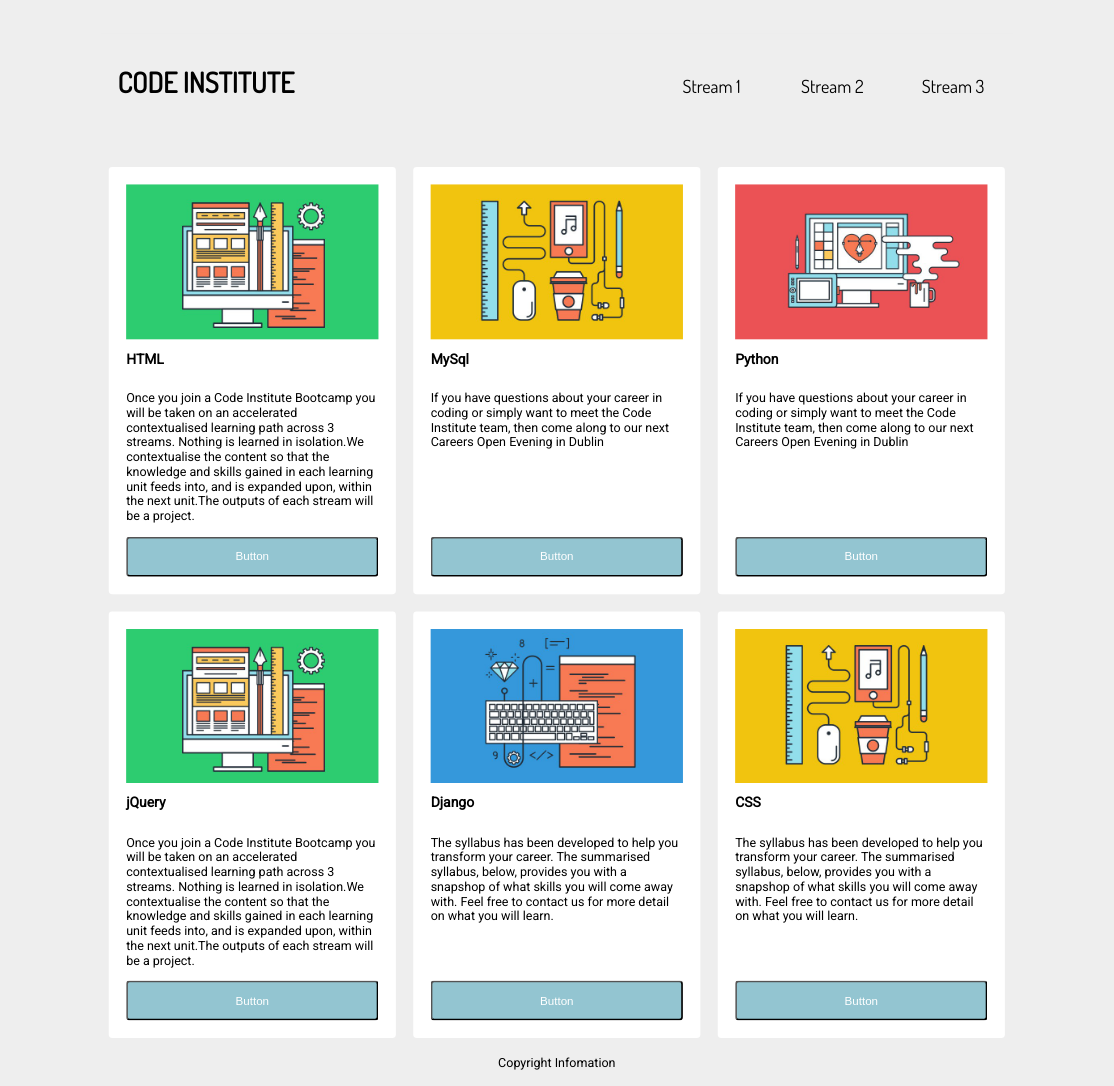
Repository: LivHed/jquery-events
Page: Cards-jquery.html
The author's editor kept a record of every edit. The page is drawn from the files as they stood at one moment, then again after the next edit.
The browser window is 1280 px wide. The pictures show the whole page, at 87% of full size.
After loading, the first visible `#effect_button5` was clicked once.
Some web libraries are served in a nearby version.

Above is the page before.

### Cards-jquery.html
<!doctype html>
<html>
<head>
	<meta charset="utf-8" />
	<meta name="viewport" content="width=device-width, initial-scale=1">
	<title>jQuery</title>
	<link href="css/style.css" rel="stylesheet">
	<link href='https://fonts.googleapis.com/css?family=Roboto' rel='stylesheet' type='text/css'>
	<link href='https://fonts.googleapis.com/css?family=Dosis' rel='stylesheet' type='text/css'>
</head>
<body>
	<div id="container">
		<nav>
			<ul>
				<li id="logoNav">CODE INSTITUTE</li>
				<li id="stream1_btn">Stream 1</li>
				<li id="stream2_btn">Stream 2</li>
				<li id="stream3_btn">Stream 3</li>
			</ul>
		</nav>
		<div class="card stream1">
			<img class="card_image"src="img/3.png">
			<div class="card_bottom">
				<h2 id="hr_html"class="card_head" >HTML</h2>
				<p class="card_para" id="paragraph1">Once you join a Code Institute Bootcamp you will be taken on an accelerated contextualised learning path across 3 streams. Nothing is learned in isolation.We contextualise the content so that the knowledge and skills gained in each learning unit feeds into, and is expanded upon, within the next unit.The outputs of each stream will be a project.
				</p>
				<button class="bottom_button" id="effect_button1">Button</button>
			</div>
		</div>
		<div class="card stream3">
			<img class="card_image "src="img/1.png">
			<h2  id="hr_mysql"class="card_head">MySql</h2>
			<p class="card_para" id="paragraph2">If you have questions about your career in coding or simply want to meet the Code Institute team, then come along to our next Careers Open Evening in Dublin</p>
			<button class="bottom_button" id="effect_button2">Button</button>
		</div>

		<div class="card stream2">
			<img class="card_image "src="img/2.png">
			<h2 id="hr_python" class="card_head">Python</h2>
			<p class="card_para" id="paragraph3">If you have questions about your career in coding or simply want to meet the Code Institute team, then come along to our next Careers Open Evening in Dublin</p>
			<button class="bottom_button" id="effect_button3">Button</button>
		</div>
		<div class="card stream1">
			<img class="card_image"src="img/3.png">
			<div class="card_bottom">
				<h2 id="hr_jquery" class="card_head">jQuery</h2>
				<p class="card_para" id="paragraph4">Once you join a Code Institute Bootcamp you will be taken on an accelerated contextualised learning path across 3 streams. Nothing is learned in isolation.We contextualise the content so that the knowledge and skills gained in each learning unit feeds into, and is expanded upon, within the next unit.The outputs of each stream will be a project. </p>
				<button class="bottom_button" id="effect_button4">Button</button>
			</div>
		</div>
		<div class="card stream3">
			<img class="card_image"src="img/4.png">
			<h2 id="hr_django" class="card_head">Django</h2>
			<p class="card_para" id="paragraph5">The syllabus has been developed to help you transform your career. The summarised syllabus, below, provides you with a snapshop of what skills you will come away with. Feel free to contact us for more detail on what you will learn.</p>
			<button class="bottom_button" id="effect_button5">Button</button>
		</div>
		<div class="card stream1">
			<img class="card_image"src="img/1.png">
			<h2 id="hr_css"class="card_head">CSS</h2>
			<p class="card_para" id="paragraph6">The syllabus has been developed to help you transform your career. The summarised syllabus, below, provides you with a snapshop of what skills you will come away with. Feel free to contact us for more detail on what you will learn.</p>
			<button class="bottom_button" id="effect_button6">Button</button>
		</div>
		<div id="my_footer">
			<p id="copyright">Copyright Infomation</p>
		</div>
	</div>
	<script
	src="https://code.jquery.com/jquery-3.2.1.js"
	integrity="sha256-DZAnKJ/6XZ9si04Hgrsxu/8s717jcIzLy3oi35EouyE="
	crossorigin="anonymous"></script>

	<script src="script.js"></script> <!-- Scripts located at the bottom of the body to insure page is fully loaded before execution -->

</body>
</html>

### style.css
body{
	font-family: 'Roboto', sans-serif;
	/*background-image: url(img/code-institute.jpg);
 	background-size: cover;
 	color: #ffffff;*/
 	background-color: #eee;
}

h1{
	font-size: 3em;
	text-align: center;
}
h2{
	font-size: 1em;
	text-align: left;
}
p{
	font-size: .9rem;
}

div{
	border-radius: 4px;
}

.card_image{
	width: 100%;
}
.bottom_button{
	display: flex;
	box-sizing:border-box;
	border-radius: 4px;
	display: block;
	width: 100%;
	background-color:rgba(129, 187, 201,.85);
	text-align: center;
	padding: 1em .75em;
	text-decoration: none;
	color: #fff;

}

.card_bottom{
	display: flex;
	flex-flow:column;
}
.card_head{
	flex:0;
}
.card_para{
	flex:1 0 auto;
}

#container
{
	display: flex;		/* makes container a flexbox*/
	flex-flow: row wrap; 	/* layout the boxes in rows and wrap them*/
	box-sizing:border-box;
	margin-right:auto;
	margin-left:auto;
	max-width:1050px;
}
#logo{
	width: 800px;
	margin: auto;
}

.card{
	flex:1; /* */
	display: flex;	/* make the contents controllable by flexbox*/
	flex-flow:column;	/* */
	min-width: 240px; /**/
	margin: 10px;
	padding: 20px;
	background-color: #fff;
}
.highlight_stream{
	background-color: #EB5255;
}

#my_footer{
	width:100%;
	text-align: center;
}
#copyright{
	margin-top:10px;
	margin-bottom:10px;

}

/*************************
Navigation

**************************/

nav{
	font-family: roboto;
	background-color: #eee;
	margin: 30px auto;
	width: 100%;
}
ul{
	display: flex;
	justify-content:space-between;
	flex-flow: row;
	/*flex-flow: row-reverse;*/
	/*justify-content:flex-end;*/
	/*justify-content:space-around;*/
	/*align-items:flex-start;*/
	align-items:baseline;
	border-radius: 10px;
	list-style-type: none; /*Remove Bullets*/
	padding: 0;
}
li{
	flex:1;
	height: 30px;
	/*width:10%;*/
	/*border:2px solid #000;*/
	/*background-color: #81BBC9;*/
	/*border-radius: 10px;*/
	font-family: Dosis;
	padding:20px 20px 20px 20px;
	text-align: center;
	font-size: 1.3em;
}

#logoNav{
	flex:6;
	text-align: left;
	font-size: 2em;
	font-weight: bold;
}

.underline{
  text-decoration:underline;
}
.border{
  border: solid 5px #ccc;
}


@media screen and (max-width: 700px){
	ul{
		flex-flow: column;
		align-items:center;
	}
	li{
		font-size: 2em;
	}
}

### script.js
//waits until page is loaded first
$(document).ready(function(){

    //applies colour red to paragraphs when clicked on
    $("p").click(function(){
        $("p").addClass("highlight_text");
    });

    //will add lightblue to h2 elements
    $("h2").hover(function(){
        $("h2").addClass( "h2_color");
    });


    $("#effect_button1").on("click", function() {
 		$("#paragraph1").toggle(1000);
   });
    $("#effect_button2").click(function(){
        $('#paragraph2').toggle('1000');
    });
    $("#effect_button3").click(function(){
        $('#paragraph3').toggle('1000');
    });
    $("#effect_button4").click(function(){
        $('#paragraph4').toggle('1000');
    });
    $("#effect_button5").click(function(){
        $('#par5').toggle('1000');
    });
    $("#effect_button6").click(function(){
        $('#par6').toggle('1000');
    });


    /*
    this will apply larger font size to the active h2 element
    by adding the h2_font_size class but
    not the other h2 elements by removing class h2_font_size from them
    */
    $("#hr_html").hover(function(){
        $("#hr_mysql").removeClass("h2_font_size");
        $("#hr_python").removeClass("h2_font_size");
        $("#hr_jquery").removeClass("h2_font_size");
        $("#hr_django").removeClass("h2_font_size");
        $("#hr_css").removeClass("h2_font_size");
        $("#hr_mysql").removeClass("h2_font_size");
        $("#hr_html").addClass("h2_font_size");
    });

    $("#hr_mysql").hover(function(){
        $("#hr_python").removeClass("h2_font_size");
        $("#hr_jquery").removeClass("h2_font_size");
        $("#hr_django").removeClass("h2_font_size");
        $("#hr_css").removeClass("h2_font_size");
        $("#hr_html").removeClass("h2_font_size");
        $("#hr_mysql").addClass("h2_font_size");
    });

    $("#hr_python").hover(function(){
        $("#hr_mysql").removeClass("h2_font_size");
        $("#hr_jquery").removeClass("h2_font_size");
        $("#hr_django").removeClass("h2_font_size");
        $("#hr_css").removeClass("h2_font_size");
        $("#hr_html").removeClass("h2_font_size");
        $("#hr_python").addClass("h2_font_size");
    });

    $("#hr_jquery").hover(function(){
        $("#hr_mysql").removeClass("h2_font_size");
        $("#hr_python").removeClass("h2_font_size");
        $("#hr_django").removeClass("h2_font_size");
        $("#hr_css").removeClass("h2_font_size");
        $("#hr_html").removeClass("h2_font_size");
        $("#hr_jquery").addClass("h2_font_size");
    });

    $("#hr_django").hover(function(){
        $("#hr_mysql").removeClass("h2_font_size");
        $("#hr_python").removeClass("h2_font_size");
        $("#hr_jquery").removeClass("h2_font_size");
        $("#hr_css").removeClass("h2_font_size");
        $("#hr_html").removeClass("h2_font_size");
        $("#hr_django").addClass("h2_font_size");
    });

    $("#hr_css").hover(function(){
        $("#hr_mysql").removeClass("h2_font_size");
        $("#hr_python").removeClass("h2_font_size");
        $("#hr_jquery").removeClass("h2_font_size");
        $("#hr_django").removeClass("h2_font_size");
        $("#hr_html").removeClass("h2_font_size");
        $("#hr_css").addClass("h2_font_size");
    });

    //applies colour black to body background when mouse enters over buttons
    $(".bottom_button").mouseenter(function(){
        $("body").css( "background-color", "black");
    });

    //applies colour grey to body background when mouse leaves buttons
    $(".bottom_button").mouseleave(function(){
        $("body").css( "background-color", "#eee");
    });
});

After the next edit:
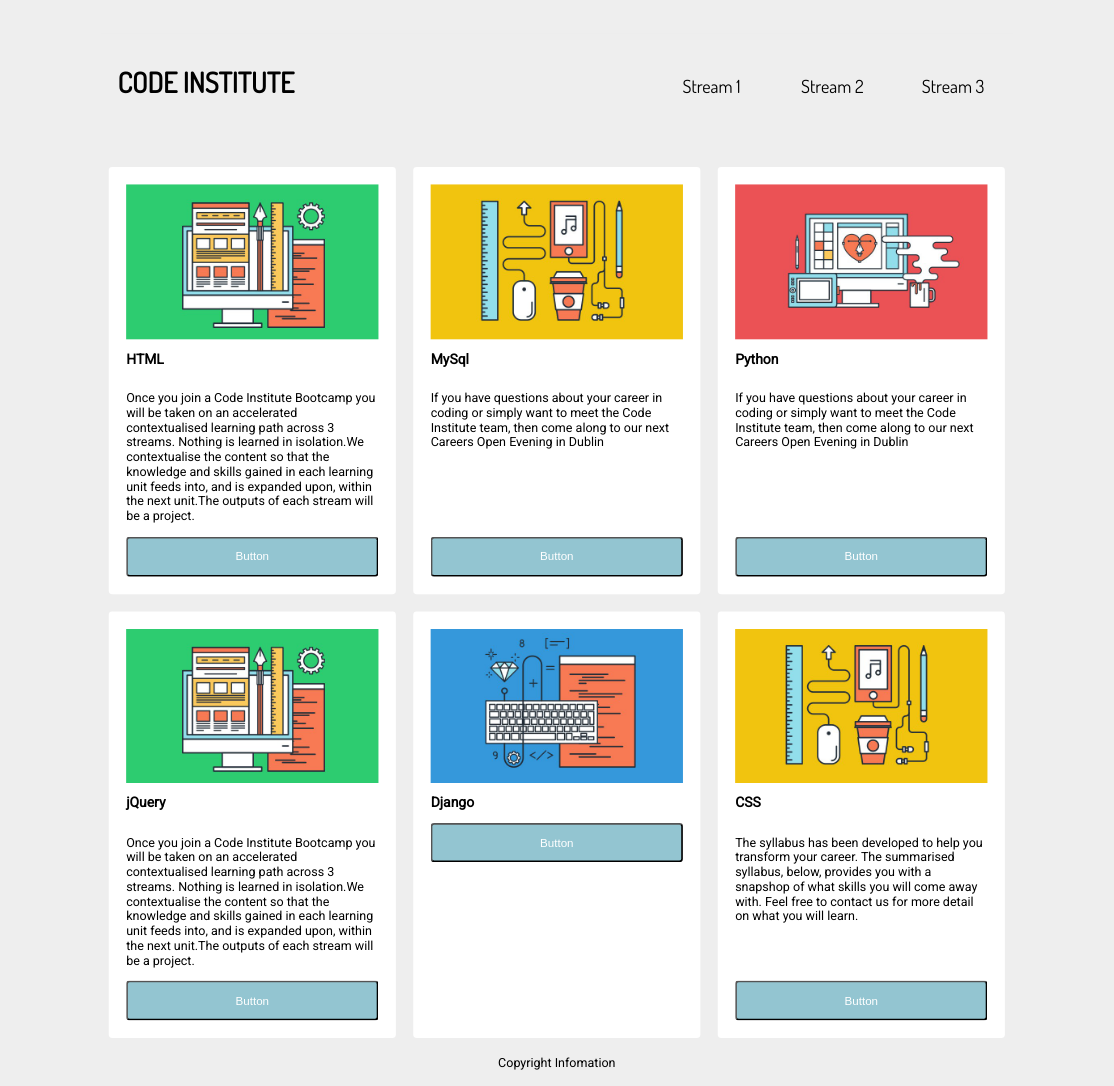
The edit:
--- a/script.js
+++ b/script.js
@@ -25,7 +25,7 @@
         $('#paragraph4').toggle('1000');
     });
     $("#effect_button5").click(function(){
-        $('#par5').toggle('1000');
+        $('#paragraph5').toggle('1000');
     });
     $("#effect_button6").click(function(){
         $('#par6').toggle('1000');
